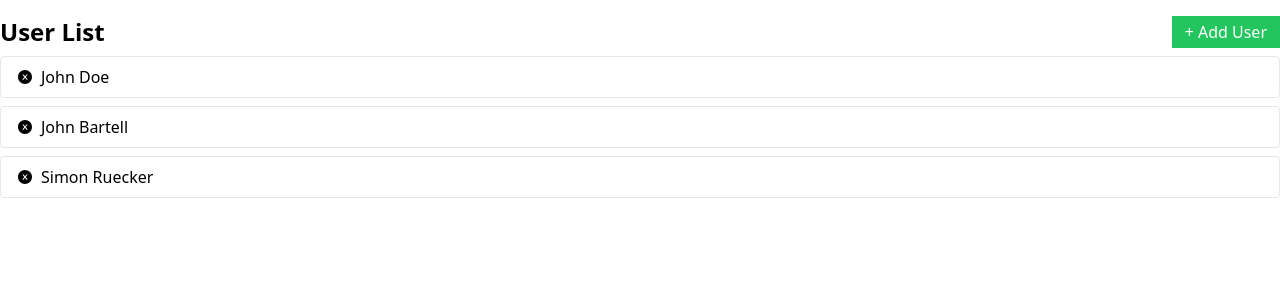
Repository: Marhamat92/users-app-redux-thunk-and-query
Page: /
These files come from the project's save history. The page is drawn as it stood at one moment and after the next save; the edit follows.
The browser window is 1280 px wide. The pictures show the whole page.
The project was rebuilt for these pictures with package versions that can differ from the ones it lists, and the page was loaded fresh each time. Requests to the local data server were answered from the project's data file.

Above is the page before, as saved 2023-01-31 18:46:29.

After the next save:
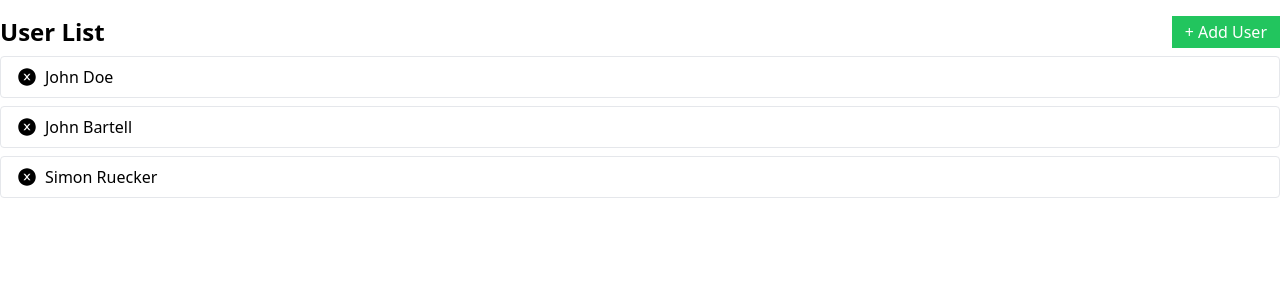
Saved 22 s later.
--- a/src/components/UsersListItem.js
+++ b/src/components/UsersListItem.js
@@ -5,7 +5,7 @@ import { AiFillCloseCircle } from "react-icons/ai";
 function UsersListItem({ user }) {
   return (
     <div className='mb-2 mt-2 border rounded flex items-center pl-4'>
-      <AiFillCloseCircle />
+      <AiFillCloseCircle className='text-xl' />
       <div className='flex p-2 justify-between items-center cursor-pointer' >{user.name}</div>
     </div>
   )
